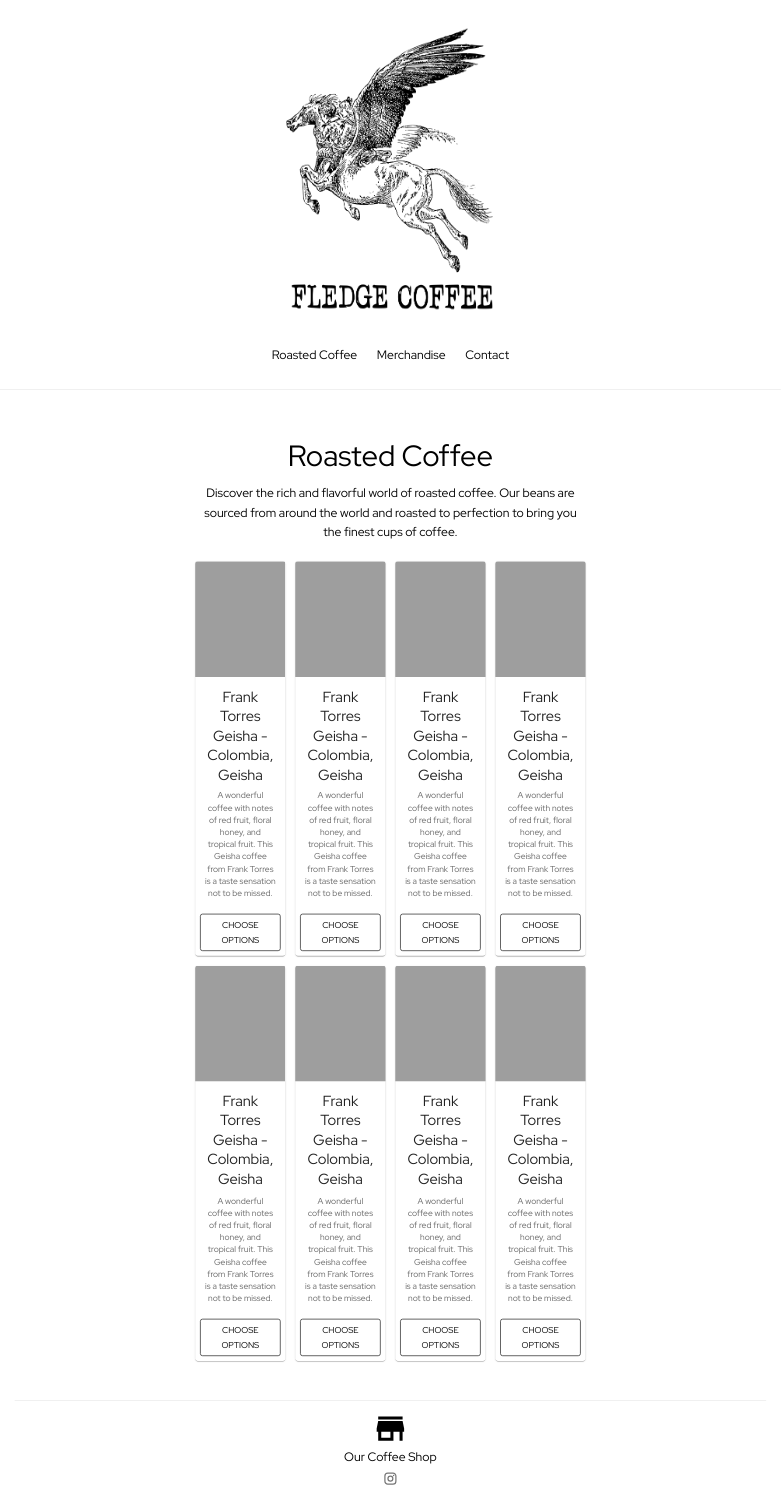
Repository: Cmicula054/Fledge-Coffee
Page: /roasted-coffee
These files come from the project's save history. The page is drawn as it stood at one moment and after the next save; the edit follows.
The browser window is 1280 px wide. The pictures show the whole page, at 61% of full size.
Pictures or frames that could not be fetched are drawn as grey boxes. Some web fonts or font styles are not loaded; a fallback is used. The project was rebuilt for these pictures with package versions that can differ from the ones it lists, and the page was loaded fresh each time. Also part of the build but not shown: src/components/Merchandise.jsx, src/components/Contact.jsx.

Above is the page before, as saved 2023-12-08 15:24:33.

After the next save:
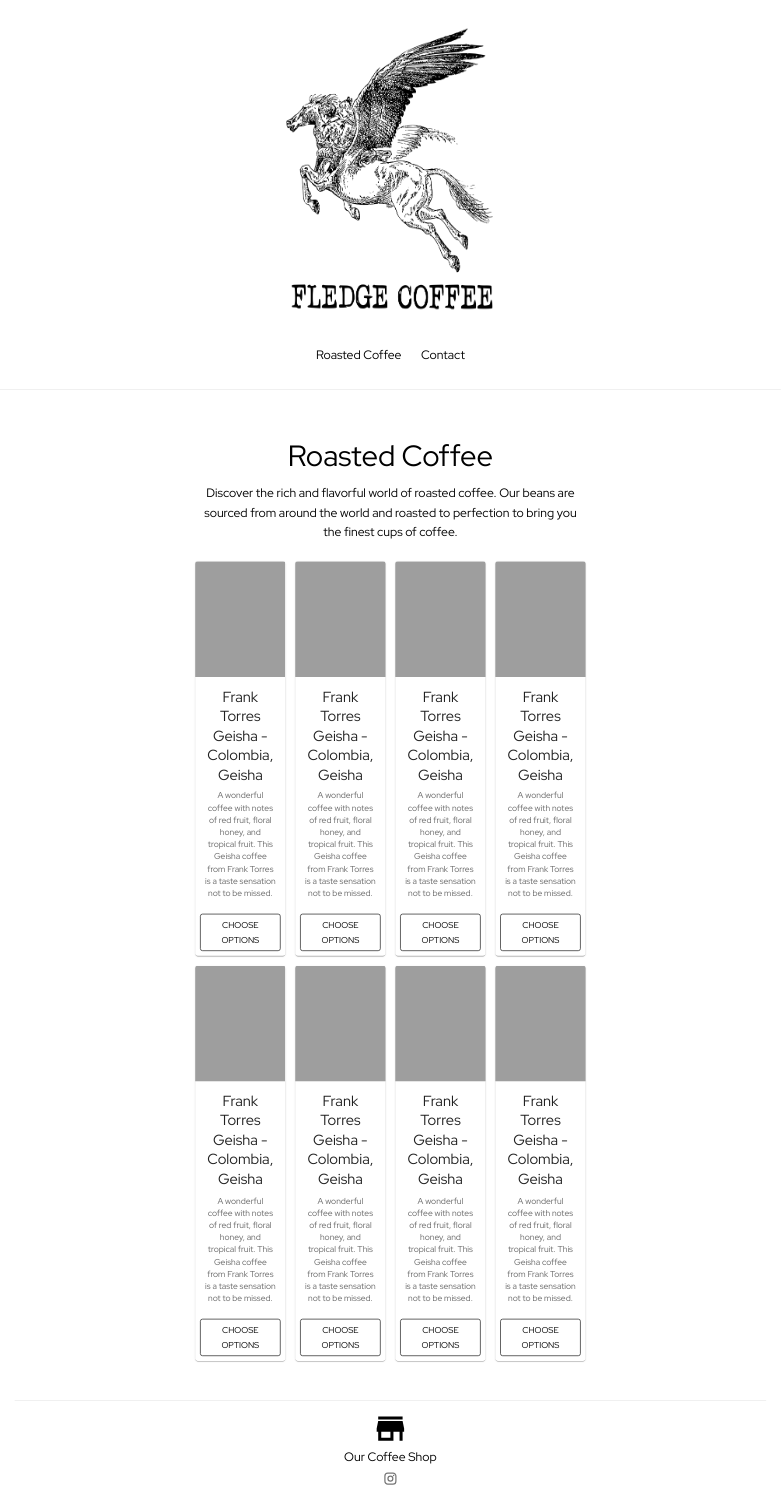
Saved 102 s later.
--- a/src/components/Layout.jsx
+++ b/src/components/Layout.jsx
@@ -47,7 +47,7 @@
                 Roasted Coffee
               </Link>
             </Typography>
-            <Typography variant="h6">
+            {/* <Typography variant="h6">
               <Link
                 to="/green-beans"
                 onClick={() => dispatch(selectLink("Merchandise"))}
@@ -61,7 +61,7 @@
               >
                 Merchandise
               </Link>
-            </Typography>
+            </Typography> */}
             <Typography variant="h6">
               <Link
                 to="/contact"
